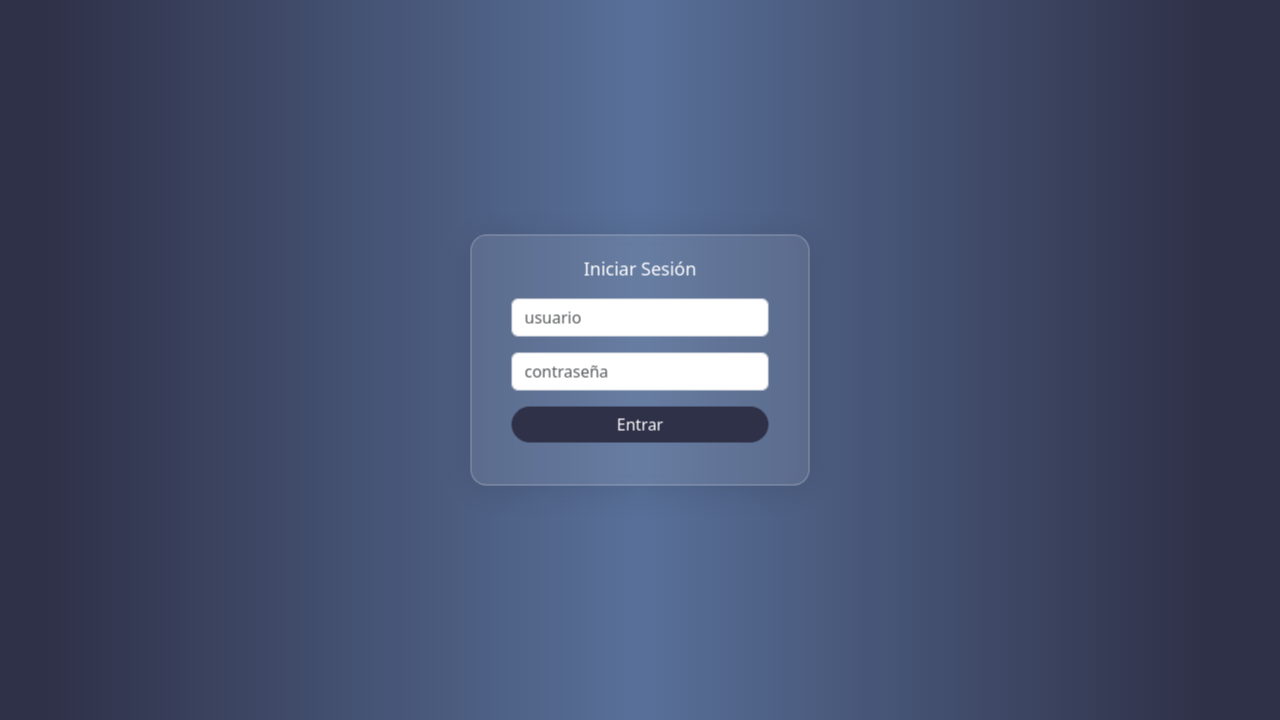
Repository: ingandresmolero/AdministrativoBarber
Page: http://localhost/
These files come from the project's save history. The page is drawn as it stood at one moment and after the next save; the edit follows.
The browser window is 1280 px wide. The pictures show the whole page.
The page is run by PHP 8.4 with error messages shown; the project is at /var/www/html/. Style sheets and scripts are compiled from the project's sources, by tool versions that may differ from the author's.

Above is the page before, as saved 2023-05-02 21:48:04.

After the next save:
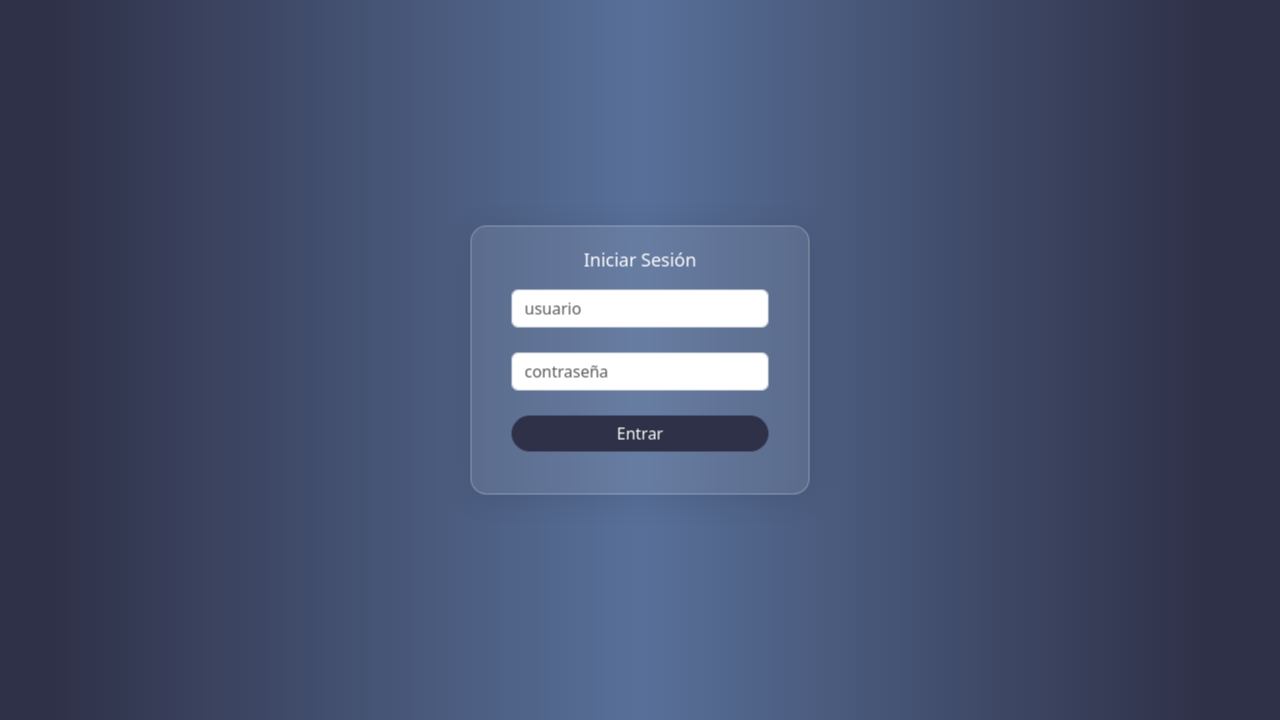
Saved 21 s later.
--- a/NEW/scss/components/login-page.scss
+++ b/NEW/scss/components/login-page.scss
@@ -33,8 +33,8 @@
     .box form {
         width: fit-content;
 
-        .user,
-        .password {
+        .user input,
+        .password input {
             margin-bottom: 25px;
         }
     }
